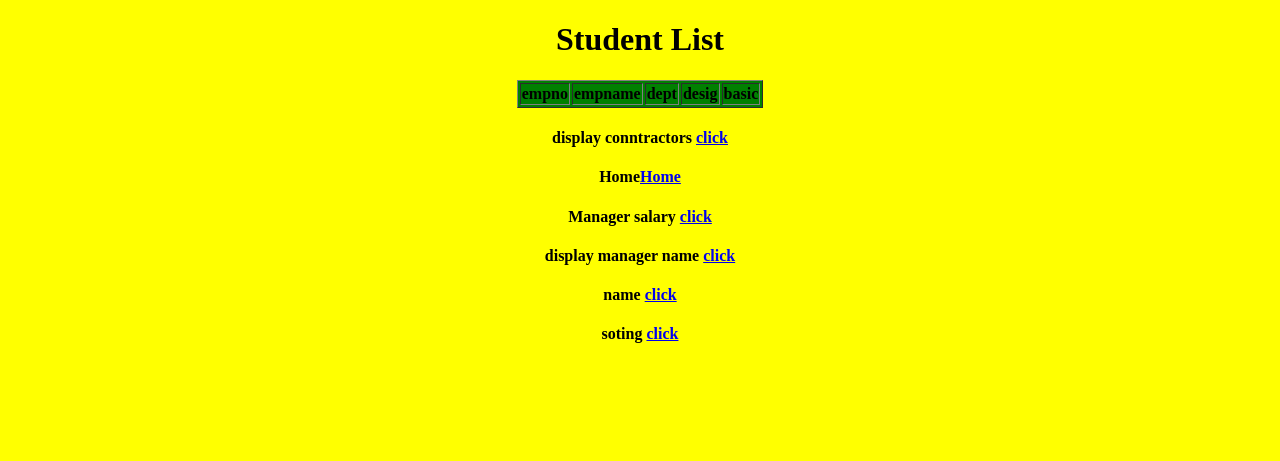
Repository: vinodkumarr269/microservices
Page: http://localhost/AdvSpringData/WEB-INF/views/home.jsp
These files come from the project's save history. The page is drawn as it stood at one moment and after the next save; the edit follows.
The browser window is 1280 px wide. The pictures show the whole page.
The page is served by Tomcat 9. Nobody is signed in. Other server files are loaded and not shown. The template is opened directly, without the code that normally fills it, so the values that code supplies are empty.

Above is the page before, as saved 2019-10-15 10:47:05.

### SpringData/AdvSpringData/src/main/webapp/WEB-INF/views/home.jsp
<%@page contentType="text/html" pageEncoding="UTF-8"%>
<!DOCTYPE HTML PUBLIC "-//W3C//DTD HTML 4.01 Transitional//EN"
   "http://www.w3.org/TR/html4/loose.dtd">
<%@ taglib uri="http://java.sun.com/jsp/jstl/core" prefix="c" %>

<html>
<head>
<meta http-equiv="Content-Type" content="text/html; charset=UTF-8">
<title>Employee Management Screen</title>
<style>
table:hover {
	background: pink;
}
</style>
</head>
<body bgcolor="yellow">
	<div align="center">
		<h1>Student List</h1>

		<table border="1" bgcolor="green">
			<th>empno</th>
			<th>empname</th>
			<th>dept</th>
			<th>desig</th>
			<th>basic</th>

			<c:forEach var="student" items="${employeeList}">
				<tr >
					<td>${student.empno}</td>
					<td>${student.name}</td>
					<td>${student.dept}</td>
					<td>${student.desig}</td>
					<td>${student.basic}</td>

				</tr>
			</c:forEach>
		</table>
		<h4>display conntractors <a href="/displaycontractor">click</a></h4>
		<h4>Home<a href="/">Home</a></h4>
		<h4>Manager salary <a href="/managersalary">click</a></h4>
		<h4>display manager name <a href="managername">click</a></h4>
		<h4>name <a href="name">click</a></h4>
	    <h4>soting <a href="displayallsortbydesign">click</a></h4>


	</div>
</body>
</html>

After the next save:
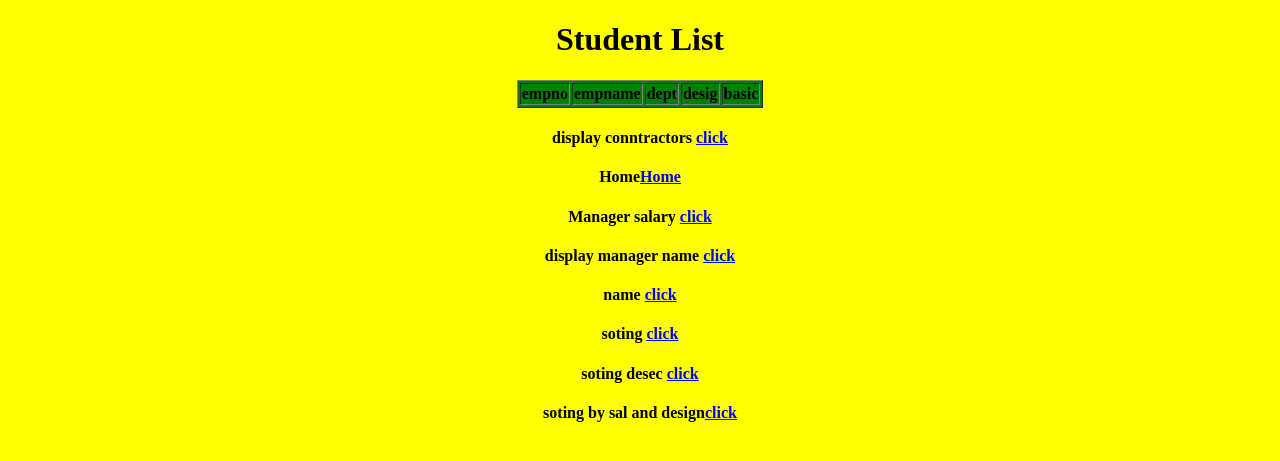
Saved 100 s later.
--- a/SpringData/AdvSpringData/src/main/webapp/WEB-INF/views/home.jsp
+++ b/SpringData/AdvSpringData/src/main/webapp/WEB-INF/views/home.jsp
@@ -41,6 +41,8 @@ table:hover {
 		<h4>display manager name <a href="managername">click</a></h4>
 		<h4>name <a href="name">click</a></h4>
 	    <h4>soting <a href="displayallsortbydesign">click</a></h4>
+	    <h4>soting desec <a href="displayallsortbydesigndesending">click</a></h4>
+	    <h4>soting by sal and design<a href="displayallsortbydesignandsalary">click</a></h4>
 
 
 	</div>
